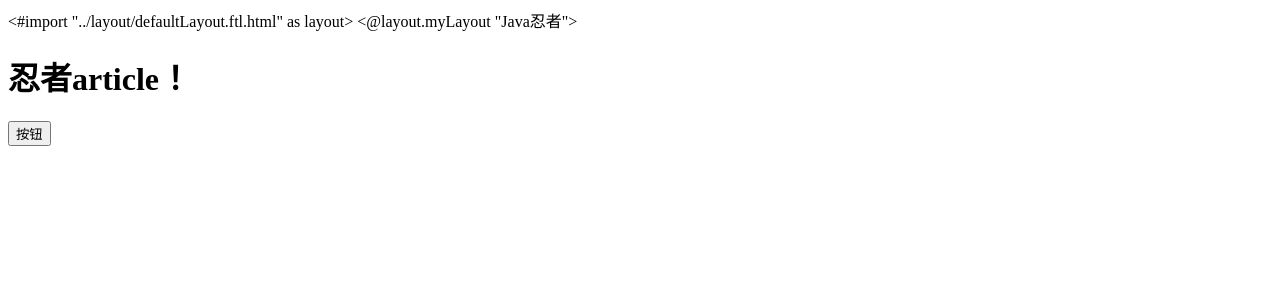
Repository: JavaProgrammerLB/JavaNinja
Page: firstNinjaProject/src/main/java/views/ApplicationControl/article.ftl.html
The author's editor kept a copy of each file at every save. The page is drawn from the files as they stood at one save, then again after the next save.
The browser window is 1280 px wide. The pictures show the whole page.

Above is the page before, as saved 2015-06-09 05:27:40.

After the next save:
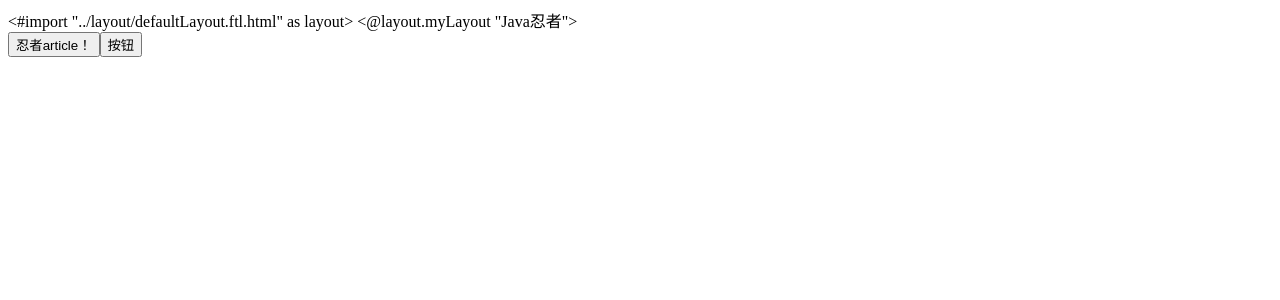
Saved 22 s later.
--- a/firstNinjaProject/src/main/java/views/ApplicationControl/article.ftl.html
+++ b/firstNinjaProject/src/main/java/views/ApplicationControl/article.ftl.html
@@ -11,7 +11,7 @@
 		}
 </script>
 	<div>
-		<h1 id="ninjaArticle" onclick="click()">忍者article！</h1>
+		<button id="ninjaArticle" onclick="click()">忍者article！</h1>
 		<button id="b1" onclick="buttonClick()">按钮</button>
 	</div>
 </@layout.myLayout>
